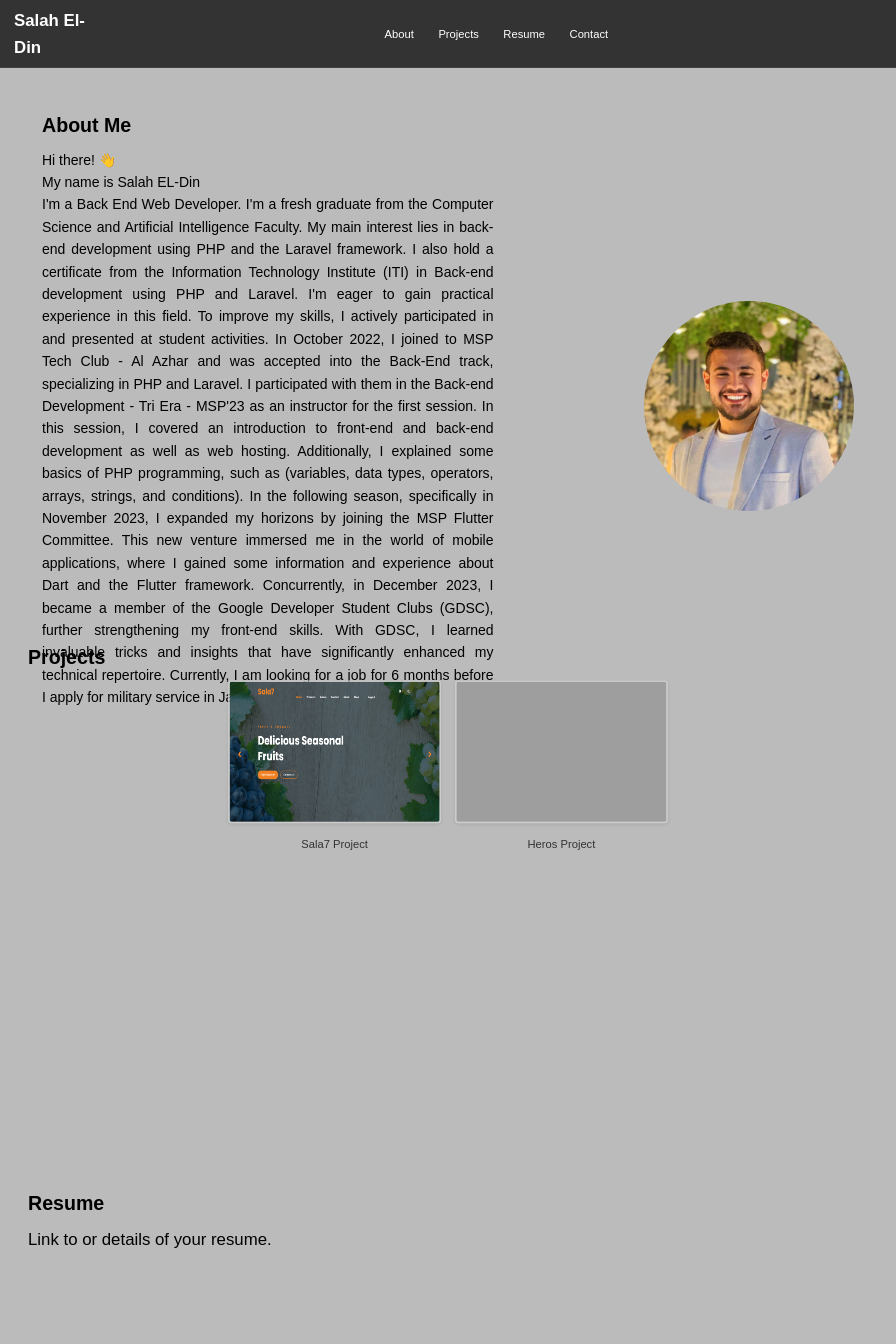
Repository: Salah-Wael/Salah-EL-Din-Portfolio
Page: index.html
An editor plug-in stored every save of this project. The page is shown before and after the next save, followed by the edit.
The browser window is 1280 px wide. The pictures show the part of the page from y = 0 to 1920 px (the page is 3237 px tall), at 70% of full size.
Pictures or frames that could not be fetched are drawn as grey boxes.

Above is the page before, as saved 2024-07-13 04:07:31.

After the next save:
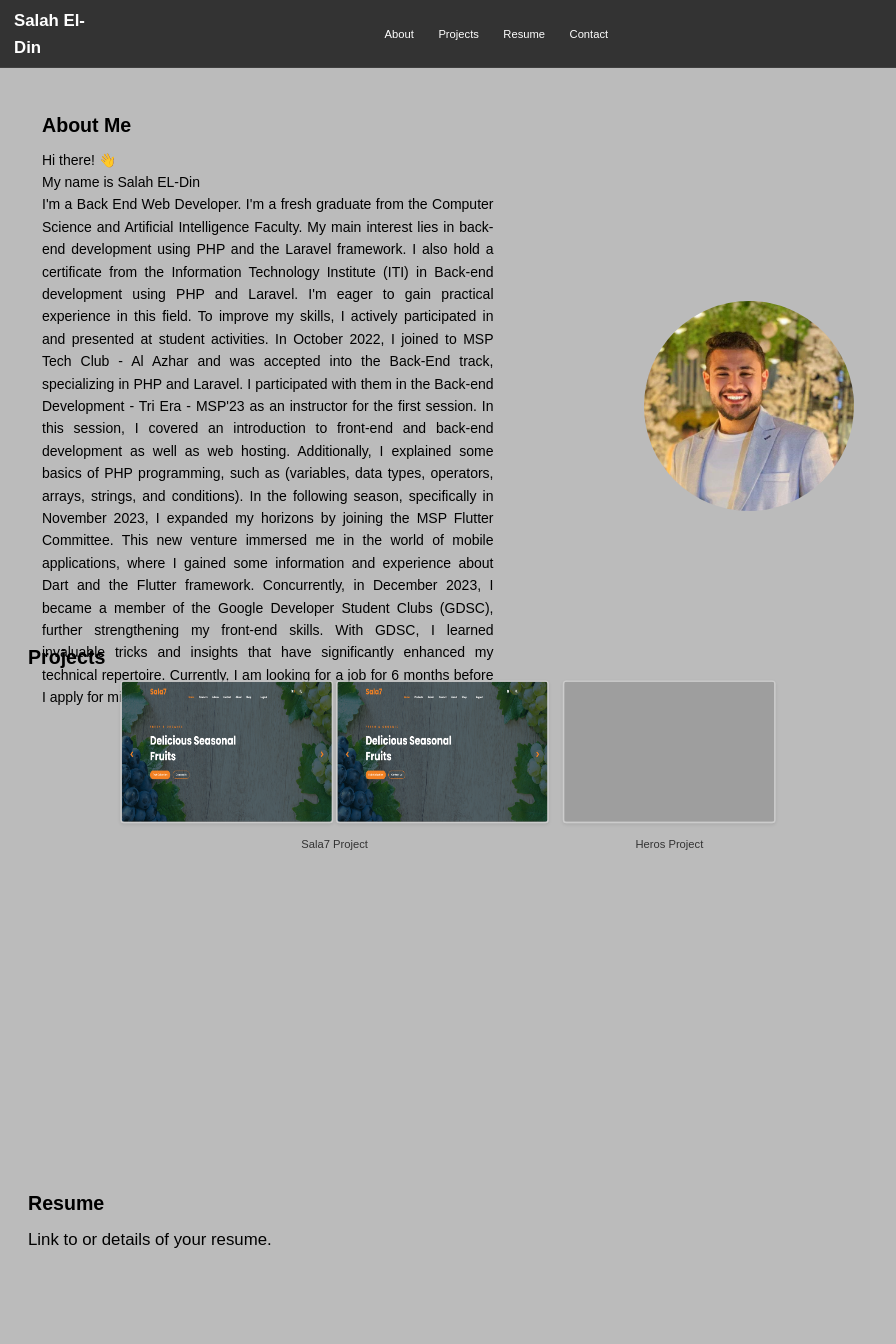
Saved 11 s later.
--- a/index.html
+++ b/index.html
@@ -41,6 +41,7 @@
       <div class="project">
         <a href="https://sala7.great-site.net/" target="_blank">
           <img src="img/projects/ecommerce home.png" alt="Sala7 E_commerce">
+          <img src="img/projects/ecommerce home.png" alt="Sala7 E_commerce">
           <p>Sala7 Project</p>
         </a>
       </div>
